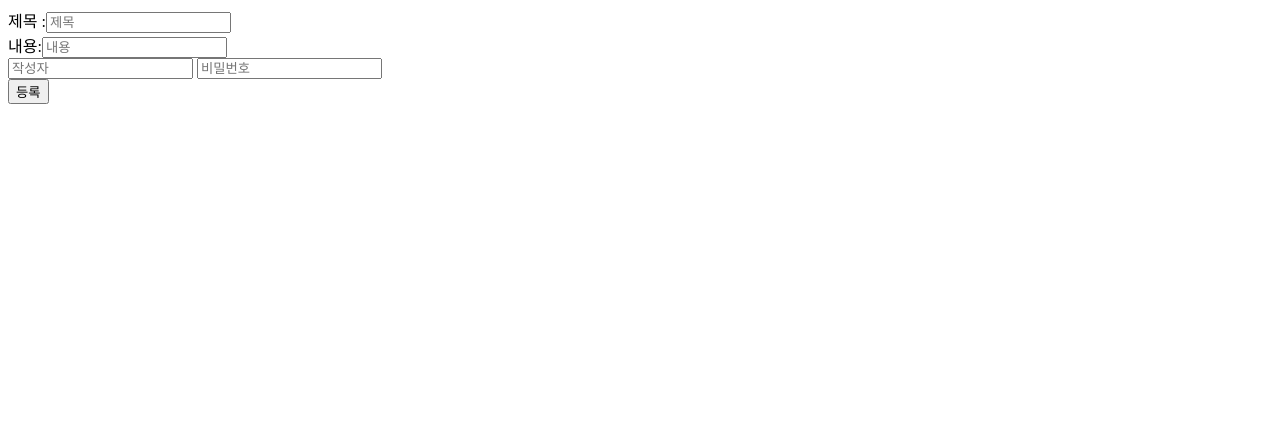
Repository: tae10/app-board-solo
Page: http://localhost/app-board/create
An editor plug-in stored every save of this project. The page is shown before and after the next save, followed by the edit.
The browser window is 1280 px wide. The pictures show the whole page.
The page is served by Tomcat 9. Other server files are loaded and not shown.

Above is the page before, as saved 2023-04-10 14:13:59.

### app-board/src/main/webapp/WEB-INF/views/board/create.jsp
<%@ page language="java" contentType="text/html; charset=UTF-8"
	pageEncoding="UTF-8"%>
<%@ taglib prefix="c" uri="http://java.sun.com/jsp/jstl/core"%>
<!DOCTYPE html>
<html>
<head>
<meta charset="UTF-8">
<title>Insert title here</title>
</head>
<body>
	<div>
		<form action="/create-task" autocomplete="off">
			<div class="sign-form labe">
				제목 :<input type="text" name="title" placeholder="제목">
			</div>
			<div>
				내용:<input type="text" name="content" placeholder="내용">
			</div>
			<c:if test="${empty sessionScope.logonUser }">
				<div class="sign-form labe">
					<input type="text" name="writer" placeholder="작성자"> <input
						type="text" name="boardPass" placeholder="비밀번호">
				</div>
			</c:if>
			<button type="submit">등록</button>
		</form>
	</div>
</body>
</html>

### app-board/src/main/java/controller/CreateController.java
package controller;

import java.io.IOException;

import javax.servlet.ServletException;
import javax.servlet.annotation.WebServlet;
import javax.servlet.http.HttpServlet;
import javax.servlet.http.HttpServletRequest;
import javax.servlet.http.HttpServletResponse;

@WebServlet("/create")
public class CreateController extends HttpServlet{

	@Override
	protected void service(HttpServletRequest req, HttpServletResponse resp) throws ServletException, IOException {



		req.getRequestDispatcher("/WEB-INF/views/board/create.jsp").forward(req, resp);
	}

}

### app-board/src/main/webapp/resource/css/style.css
@import url('https://fonts.googleapis.com/css2?family=Noto+Sans+KR:wght@100;300;400;500;700;900&display=swap');

        * {
            font-family: 'Noto Sans KR', sans-serif;
        }

        body {
            background-color: #0000;
        }

        div {
            margin: auto;
            width: 300px;
            background-color: #EEEFF1;
            border-radius: 5px;
            text-align: center;
            padding: 20px;
        }

        input {
            width: 100%;
            padding: 10px;
            box-sizing: border-box;
            border-radius: 5px;
            border: none;
        }

        .in {
            margin-bottom: 10px;
        }

        #btn {
            background-color: #1BBC9B;
            margin-bottom: 30px;
            color: white;
        }

        a {
            text-decoration: none;
            color: #9B9B9B;
            font-size: 12px;
        }

After the next save:
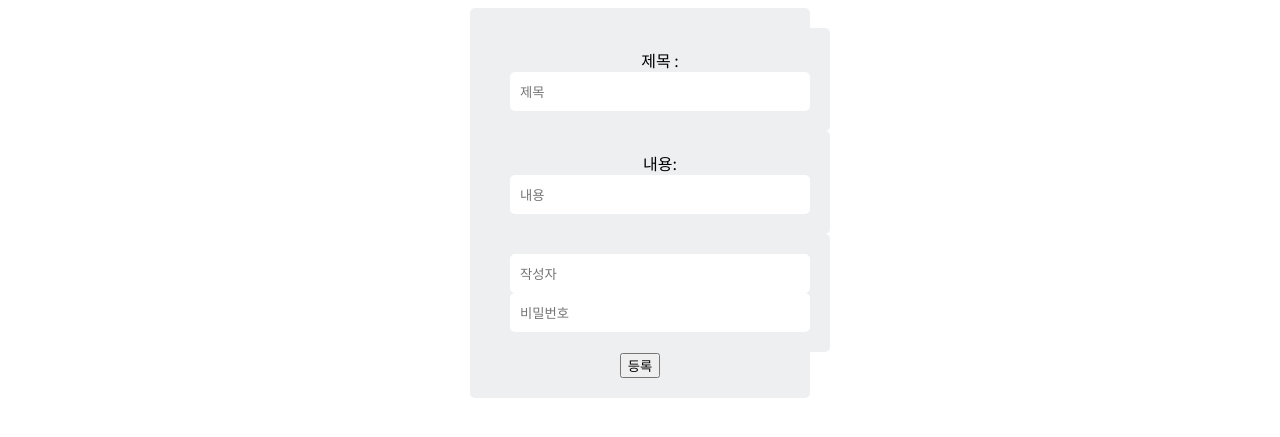
Saved 37 s later.
--- a/app-board/src/main/webapp/WEB-INF/views/board/create.jsp
+++ b/app-board/src/main/webapp/WEB-INF/views/board/create.jsp
@@ -6,6 +6,7 @@
 <head>
 <meta charset="UTF-8">
 <title>Insert title here</title>
+<link rel="stylesheet" href="/resource/css/style.css?${millis }" />
 </head>
 <body>
 	<div>
